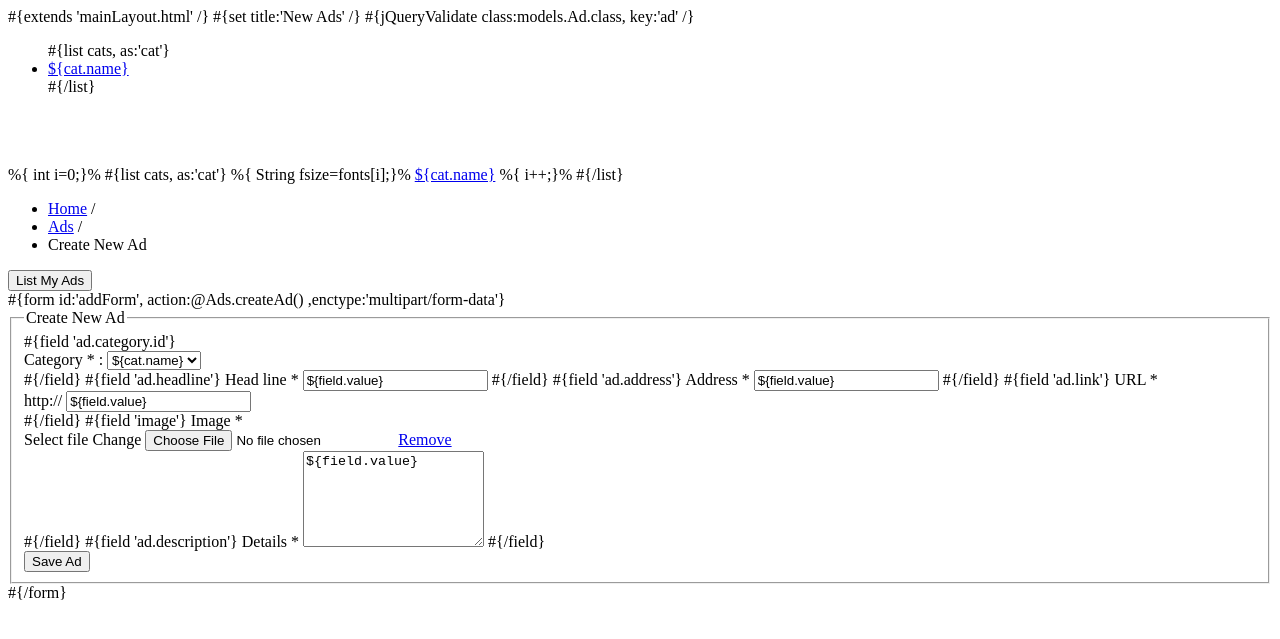
Repository: Maalejm/SEBA
Page: SlifeWebSite/app/views/Ads/newAd.html
These files come from the project's save history. The page is drawn as it stood at one moment and after the next save; the edit follows.
The browser window is 1280 px wide. The pictures show the whole page.

Above is the page before, as saved 2013-06-18 09:14:23.

After the next save:
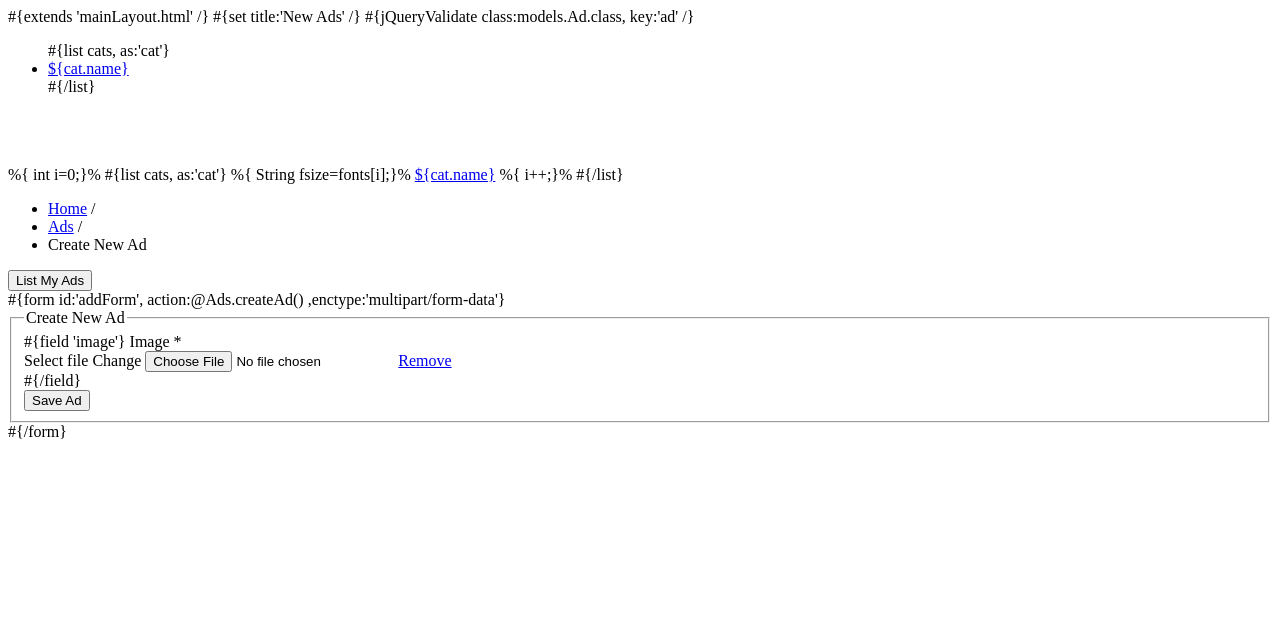
Saved 8 min 33 s later.
--- a/SlifeWebSite/app/views/Ads/newAd.html
+++ b/SlifeWebSite/app/views/Ads/newAd.html
@@ -56,7 +56,7 @@
 								</div>
 							#{/ifErrors}
  -->
-                             #{field 'ad.category.id'}
+                             <!-- #{field 'ad.category.id'}
         						<div class="field">
             					<label for="${field.id}">Category * : </label>
             					<select id="${field.id}"  name="${field.name}" class="span5 ${field.errorClass}" >
@@ -87,7 +87,7 @@
                              </div>
 
                             #{/field}
-
+                            -->
 
                             #{field 'image'}
                             <label for="${field.id}" >Image *</label>
@@ -109,11 +109,11 @@
                             #{/field}
 
 
-                             #{field 'ad.description'}
+                            <!--  #{field 'ad.description'}
                             <label for="${field.id}" >Details *</label>
                                 <textarea rows="6"  id="${field.id}"   name="${field.name}" class="input_textarea ${field.errorClass}">${field.value}</textarea>
 
-                            #{/field}
+                            #{/field} -->
 
                                   <br/>
 
